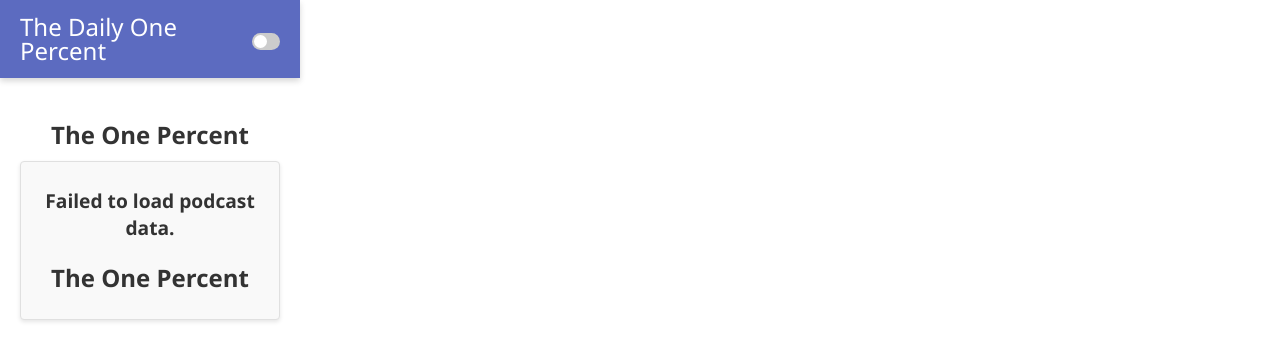
Repository: fechinmitchell/thedailyonepercent
Page: popup.html
An editor plug-in stored every save of this project. The page is shown before and after the next save, followed by the edit.
The browser window is 1280 px wide. The pictures show the whole page.
The page's requests for data from a server got no answer.

Above is the page before, as saved 2023-12-22 11:10:08.

After the next save:
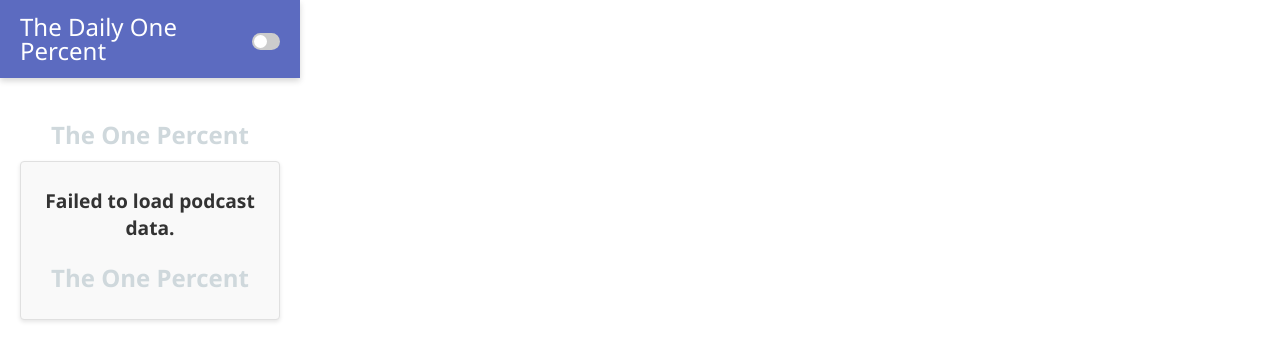
Saved 33 s later.
--- a/popup.css
+++ b/popup.css
@@ -132,7 +132,7 @@ body {
 
 .section-heading {
   font-size: 1.5em;
-  color: #333;
+  color: #CFD8DC;
   margin-top: 20px;
   margin-bottom: 10px;
   text-align: center;
